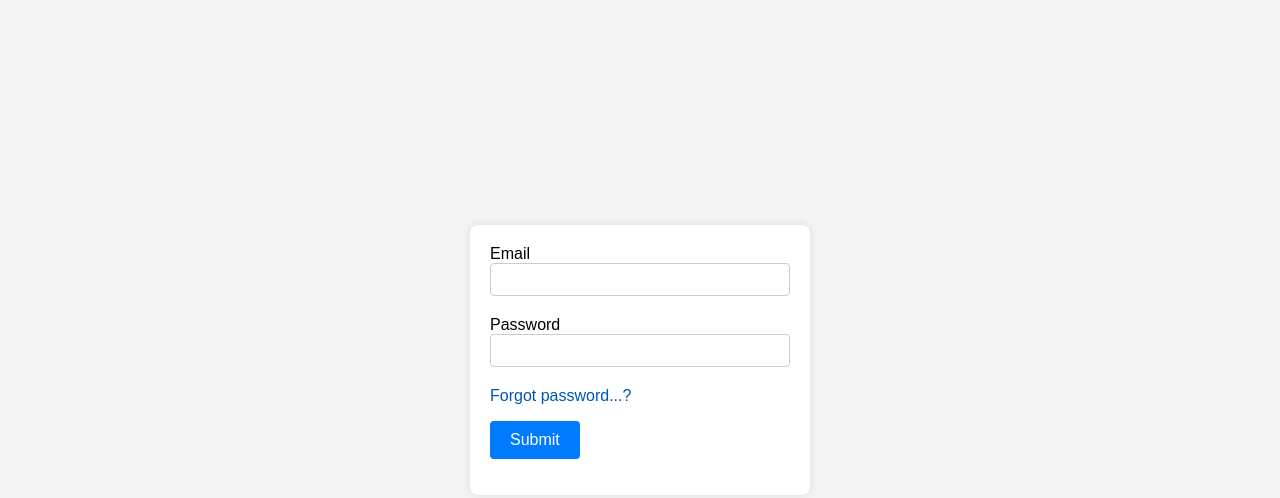
Repository: Ndifoinhilary/authentication
Page: http://localhost/auth/login/
An editor plug-in stored every save of this project. The page is shown before and after the next save, followed by the edit.
The browser window is 1280 px wide. The pictures show the whole page.
The page is served by the project's application, run on Django 3.2 (manage.py).

Above is the page before, as saved 2024-01-05 19:31:30.

After the next save:
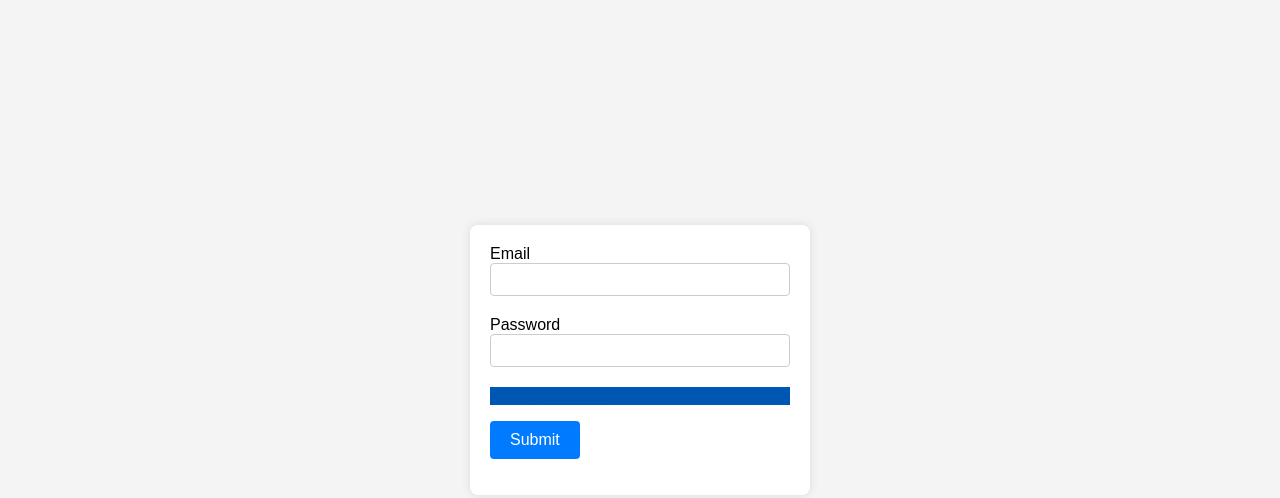
Saved 80 s later.
--- a/Auth/templates/login.html
+++ b/Auth/templates/login.html
@@ -67,6 +67,7 @@
            text-decoration: none;
            color: #0056b3;
            text-align: left;
+           background: #0056b3;
         }
     </style>
 </head>

After the save that followed:
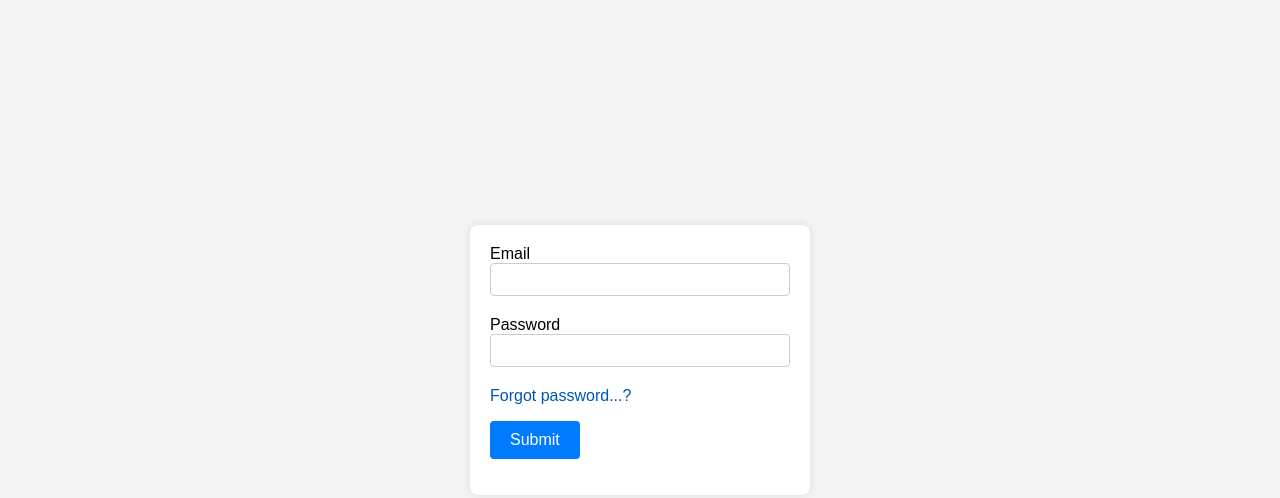
Saved 18 s later.
--- a/Auth/templates/login.html
+++ b/Auth/templates/login.html
@@ -67,7 +67,6 @@
            text-decoration: none;
            color: #0056b3;
            text-align: left;
-           background: #0056b3;
         }
     </style>
 </head>
